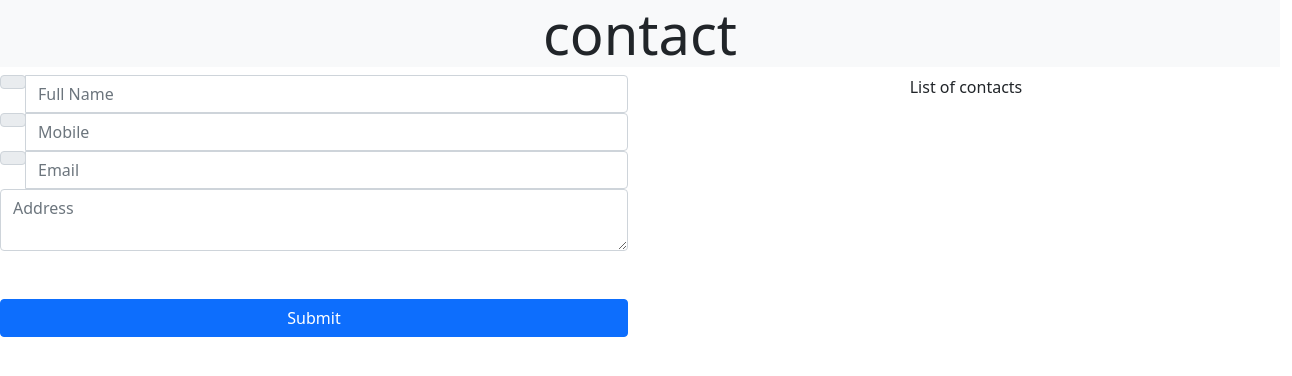
Repository: sahil801/my-react
Page: / (app in finalassignment/)
The author's editor kept a copy of each file at every save. The page is drawn from the files as they stood at one save, then again after the next save.
The browser window is 1280 px wide. The page is 1292 px wide, so the pictures cover 1292 px, including what lies to the right of the window. The pictures show the whole page.
The project was rebuilt for these pictures with package versions that can differ from the ones it lists, and the page was loaded fresh each time.

Above is the page before, as saved 2021-10-28 12:51:14.

### finalassignment/src/index.js
import React from 'react';
import ReactDOM from 'react-dom';
import './index.css';
import App from './App';
import reportWebVitals from './reportWebVitals';
import 'bootstrap/dist/css/bootstrap.min.css';

ReactDOM.render(
  <React.StrictMode>
    <App />
  </React.StrictMode>,
  document.getElementById('root')
);
reportWebVitals();

### finalassignment/src/App.js
import './App.css';
import Contacts from './components/contacts';
function App() {
  return (
    <div className="App">
      <Contacts/>
    </div>
  );
}

export default App;

### finalassignment/src/components/contacts.js
import React from 'react'
import Contactform from './contactform';

export default function Contacts() {
    return (
        <>
        <div className="bg-light text-center">
            <div className="container p-250">
                <h1 className="display-4">contact</h1>
            </div>
        </div>
        <div className="row mt-10">
            <div className="col md-5">
                <Contactform/>
            </div>
            <div className="col md-7">
                <div>List of contacts</div>
            </div>
        </div>
        </>
    )
}

### finalassignment/src/components/contactform.js
import React ,{useState,useEffect} from 'react'
// import {Form} from 'react-bootstrap';

export default function Contactform() {

    const initialFieldValue = {
        name : '',
        mobile : '',
        email : '',
        address : ''
    }
    const [value,setValue] = useState(initialFieldValue);
    const handleInputChange = (e) =>{
        var [name,val] = e.target;
        setValue({...value, [name]:val})
    }

    return (
        <div>
            <form autoComplete="off">
            <div className="form-group input-group">
                <div className="input-group-prepend">
                    <div className="input-group-text">
                        <i className="fas fa-user"></i>
                    </div>
                </div>
                <input className="form-control" placeholder="Full Name" name="name"
                    value={value.name}
                    onChange={handleInputChange}
                />
            </div>
            <div className="form-row">
                <div className="form-group input-group col-md-6">
                    <div className="input-group-prepend">
                        <div className="input-group-text">
                            <i className="fas fa-mobile-alt"></i>
                        </div>
                    </div>
                    <input className="form-control" placeholder="Mobile" name="mobile"
                        value={value.mobile}
                        onChange={handleInputChange}
                    />
                </div>
                <div className="form-group input-group col-md-6">
                    <div className="input-group-prepend">
                        <div className="input-group-text">
                            <i className="fas fa-envelope"></i>
                        </div>
                    </div>
                    <input className="form-control" placeholder="Email" name="email"
                        value={value.email}
                        onChange={handleInputChange}
                    />
                </div>
            </div>
            <div className="form-group">
                <textarea className="form-control" placeholder="Address" name="address"
                    value={value.address}
                    onChange={handleInputChange}
                />
            </div>
            <div className="form-group">
                <input type="submit" className="btn btn-primary btn-block w-100 mt-5" />
            </div>
            </form>
        </div>
    )
}

Loaded but not shown: finalassignment/public/index.html (common file); finalassignment/src/index.css (common file); finalassignment/src/reportWebVitals.js (common file); finalassignment/src/App.css (common file)

After the next save:
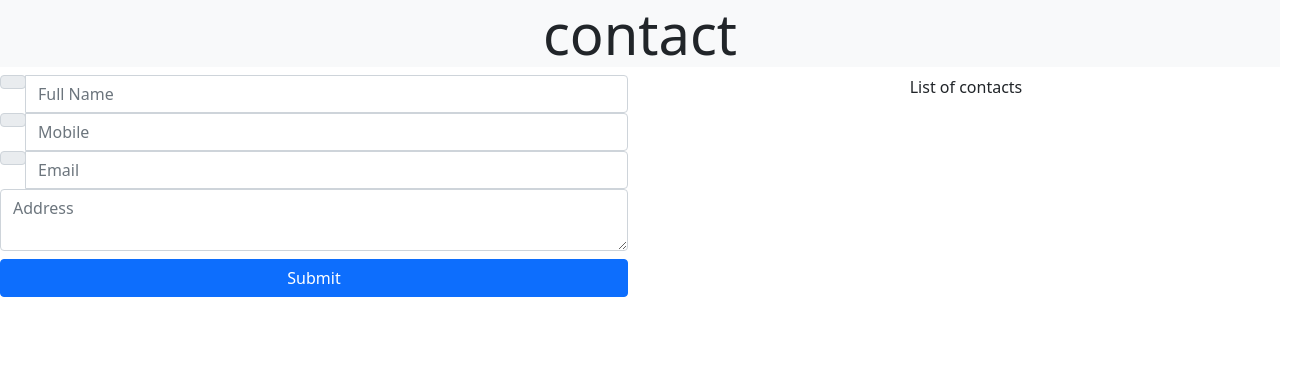
Saved 10 s later.
--- a/finalassignment/src/components/contactform.js
+++ b/finalassignment/src/components/contactform.js
@@ -60,7 +60,7 @@ export default function Contactform() {
                 />
             </div>
             <div className="form-group">
-                <input type="submit" className="btn btn-primary btn-block w-100 mt-5" />
+                <input type="submit" className="btn btn-primary btn-block w-100 mt-2" />
             </div>
             </form>
         </div>
